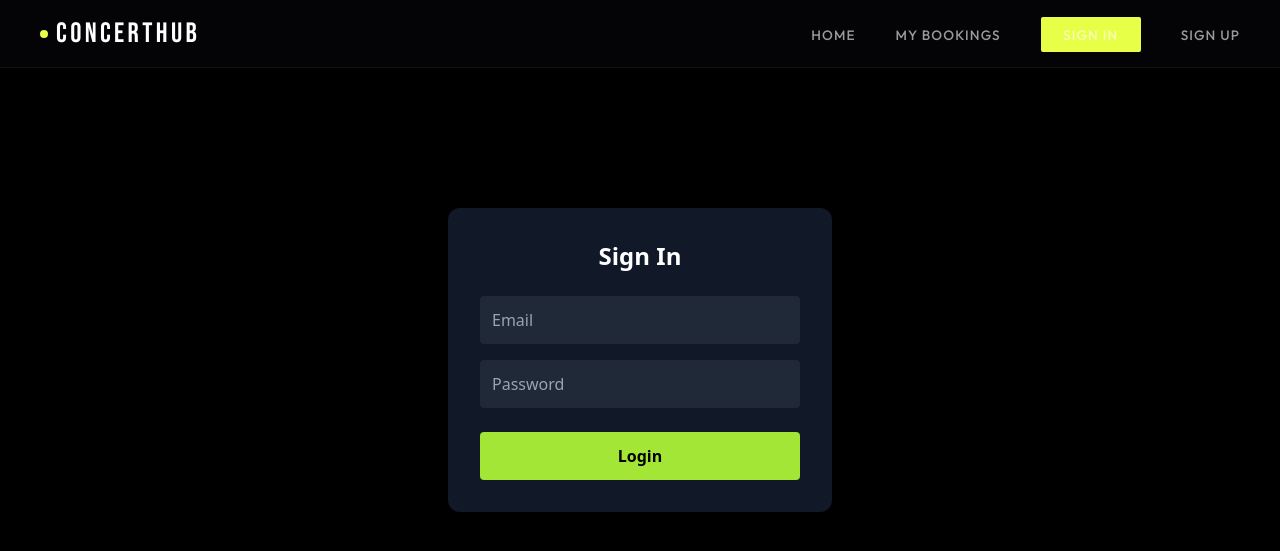
Repository: MayThetNaingBo/concert-booking-system
Page: /login (app in client/)
An editor plug-in stored every save of this project. The page is shown before and after the next save, followed by the edit.
The browser window is 1280 px wide. The pictures show the whole page.
The project was rebuilt for these pictures with package versions that can differ from the ones it lists, and the page was loaded fresh each time. Also part of the build but not shown: client/vite.config.js, client/src/services/concertService.js, client/src/components/ConcertCard.jsx, client/src/components/hero.jsx, client/src/pages/Home.jsx, client/src/services/bookingService.js, client/src/services/seatService.js, client/src/pages/ConcertDetails.jsx and 1 more. Imported but missing from the stored project, and not drawn on this page: client/src/api/axios.

Above is the page before, as saved 2026-03-09 00:35:48.

After the next save:
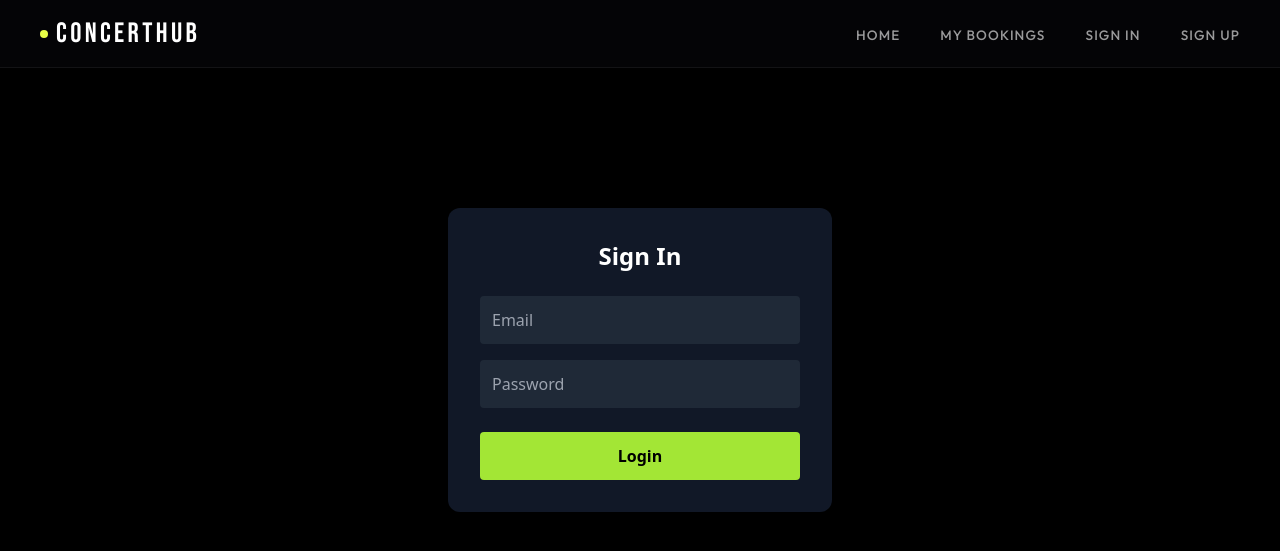
Saved 3 min 43 s later.
--- a/client/src/components/Navbar.jsx
+++ b/client/src/components/Navbar.jsx
@@ -126,7 +126,7 @@ function Navbar() {
           {!token ? (
             <>
               <li>
-                <Link to="/login" className="navbar-cta">
+                <Link to="/login">
                   Sign In
                 </Link>
               </li>
